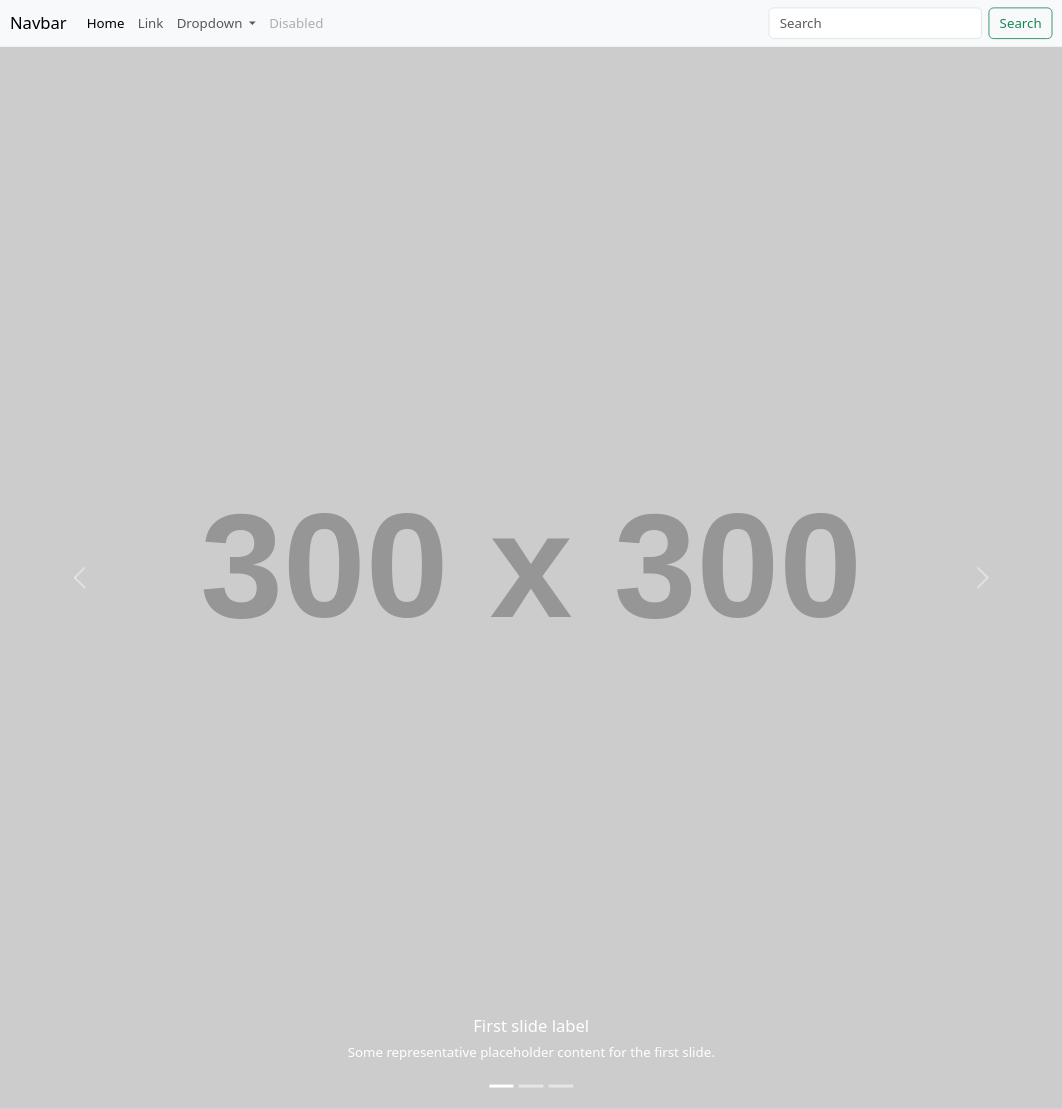
Repository: Soyeonthdus/workspace_java
Page: http://localhost/chat221228/bootstrap5/navbar/step1.jsp
These files come from the project's save history. The page is drawn as it stood at one moment and after the next save; the edit follows.
The browser window is 1280 px wide. The pictures show the whole page, at 83% of full size.
The page is served by Tomcat 9. Other server files are loaded and not shown.

Above is the page before, as saved 2023-02-10 07:24:48.

### chat221228/src/main/webapp/bootstrap5/navbar/step1.jsp
<%@ page language="java" contentType="text/html; charset=UTF-8"
    pageEncoding="UTF-8"%>
<!DOCTYPE html>
<html>
<head>
<meta charset="UTF-8">
<title>Insert title here</title>
<%@include file = "../../common/bootstrapCommon.jsp" %>
</head>
<body>
<!-- ====================[[Navbar start]]=========================== -->
<nav class="navbar navbar-expand-lg bg-body-tertiary">
  <div class="container-fluid">
    <a class="navbar-brand" href="#">Navbar</a>
    <button class="navbar-toggler" type="button" data-bs-toggle="collapse" data-bs-target="#navbarSupportedContent" aria-controls="navbarSupportedContent" aria-expanded="false" aria-label="Toggle navigation">
      <span class="navbar-toggler-icon"></span>
    </button>
    <div class="collapse navbar-collapse" id="navbarSupportedContent">
      <ul class="navbar-nav me-auto mb-2 mb-lg-0">
        <li class="nav-item">
          <a class="nav-link active" aria-current="page" href="#">Home</a>
        </li>
        <li class="nav-item">
          <a class="nav-link" href="#">Link</a>
        </li>
        <li class="nav-item dropdown">
          <a class="nav-link dropdown-toggle" href="#" role="button" data-bs-toggle="dropdown" aria-expanded="false">
            Dropdown
          </a>
          <ul class="dropdown-menu">
            <li><a class="dropdown-item" href="#">Action</a></li>
            <li><a class="dropdown-item" href="#">Another action</a></li>
            <li><hr class="dropdown-divider"></li>
            <li><a class="dropdown-item" href="#">Something else here</a></li>
          </ul>
        </li>
        <li class="nav-item">
          <a class="nav-link disabled">Disabled</a>
        </li>
      </ul>
      <form class="d-flex" role="search">
        <input class="form-control me-2" type="search" placeholder="Search" aria-label="Search">
        <button class="btn btn-outline-success" type="submit">Search</button>
      </form>
    </div>
  </div>
</nav>
<!-- ====================[[Navbar end]]=========================== -->
<!-- ====================[[carousel start]]=========================== -->
<div id="carouselExampleCaptions" class="carousel slide">
  <div class="carousel-indicators">
    <button type="button" data-bs-target="#carouselExampleCaptions" data-bs-slide-to="0" class="active" aria-current="true" aria-label="Slide 1"></button>
    <button type="button" data-bs-target="#carouselExampleCaptions" data-bs-slide-to="1" aria-label="Slide 2"></button>
    <button type="button" data-bs-target="#carouselExampleCaptions" data-bs-slide-to="2" aria-label="Slide 3"></button>
  </div>
  <div class="carousel-inner">
    <div class="carousel-item active">
      <img src="https://via.placeholder.com/300.png/09f/fff/900x350 " class="d-block w-100" alt="..." >
      <div class="carousel-caption d-none d-md-block">
        <h5>First slide label</h5>
        <p>Some representative placeholder content for the first slide.</p>
      </div>
    </div>
    <div class="carousel-item">
      <img src="https://via.placeholder.com/300.png/09f/fff/900x350 " class="d-block w-100" alt="...">
      <div class="carousel-caption d-none d-md-block">
        <h5>Second slide label</h5>
        <p>Some representative placeholder content for the second slide.</p>
      </div>
    </div>
    <div class="carousel-item">
      <img src="https://via.placeholder.com/300.png/09f/fff/900x350 " class="d-block w-100" alt="...">
      <div class="carousel-caption d-none d-md-block">
        <h5>Third slide label</h5>
        <p>Some representative placeholder content for the third slide.</p>
      </div>
    </div>
  </div>
  <button class="carousel-control-prev" type="button" data-bs-target="#carouselExampleCaptions" data-bs-slide="prev">
    <span class="carousel-control-prev-icon" aria-hidden="true"></span>
    <span class="visually-hidden">Previous</span>
  </button>
  <button class="carousel-control-next" type="button" data-bs-target="#carouselExampleCaptions" data-bs-slide="next">
    <span class="carousel-control-next-icon" aria-hidden="true"></span>
    <span class="visually-hidden">Next</span>
  </button>
</div>
<!-- ====================[[carousel end]]=========================== -->
</body>
</html>

### chat221228/src/main/webapp/common/bootstrapCommon.jsp
<link rel="stylesheet" href="	https://cdn.jsdelivr.net/npm/bootstrap@5.3.0-alpha1/dist/css/bootstrap.min.css"></link>
<script src="https://cdn.jsdelivr.net/npm/bootstrap@5.3.0-alpha1/dist/js/bootstrap.bundle.min.js"></script>

After the next save:
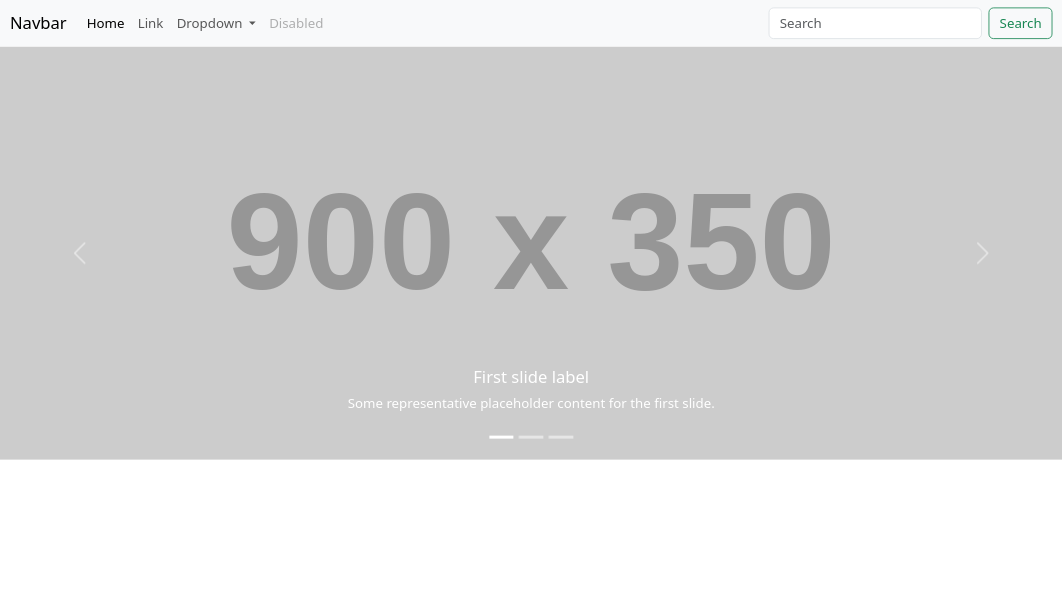
Saved 78 s later.
--- a/chat221228/src/main/webapp/bootstrap5/navbar/step1.jsp
+++ b/chat221228/src/main/webapp/bootstrap5/navbar/step1.jsp
@@ -55,21 +55,21 @@
   </div>
   <div class="carousel-inner">
     <div class="carousel-item active">
-      <img src="https://via.placeholder.com/300.png/09f/fff/900x350 " class="d-block w-100" alt="..." >
+      <img src="https://via.placeholder.com/900x350 " class="d-block w-100" alt="..." >
       <div class="carousel-caption d-none d-md-block">
         <h5>First slide label</h5>
         <p>Some representative placeholder content for the first slide.</p>
       </div>
     </div>
     <div class="carousel-item">
-      <img src="https://via.placeholder.com/300.png/09f/fff/900x350 " class="d-block w-100" alt="...">
+      <img src="https://via.placeholder.com/900x350 " class="d-block w-100" alt="...">
       <div class="carousel-caption d-none d-md-block">
         <h5>Second slide label</h5>
         <p>Some representative placeholder content for the second slide.</p>
       </div>
     </div>
     <div class="carousel-item">
-      <img src="https://via.placeholder.com/300.png/09f/fff/900x350 " class="d-block w-100" alt="...">
+      <img src="https://via.placeholder.com/900x350 " class="d-block w-100" alt="...">
       <div class="carousel-caption d-none d-md-block">
         <h5>Third slide label</h5>
         <p>Some representative placeholder content for the third slide.</p>
